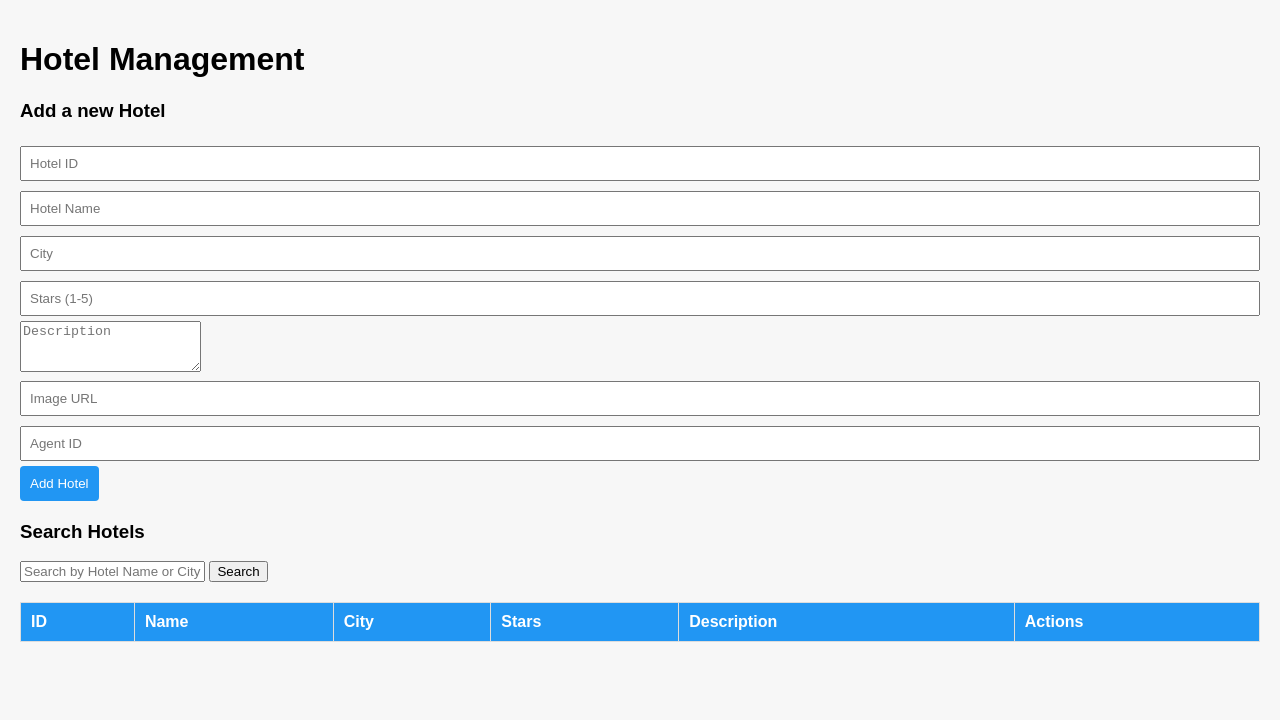
Repository: Trikisalem/examentp_jakarta
Page: http://localhost/hotel/admin/hotel.jsp
The author's editor kept a copy of each file at every save. The page is drawn from the files as they stood at one save, then again after the next save.
The browser window is 1280 px wide. The pictures show the whole page.
The page is served by Tomcat 10. Nobody is signed in. The application's start-up code is not run. Queries for data that is not in the repository find no rows.

Above is the page before, as saved 2024-12-17 10:14:07.

After the next save:
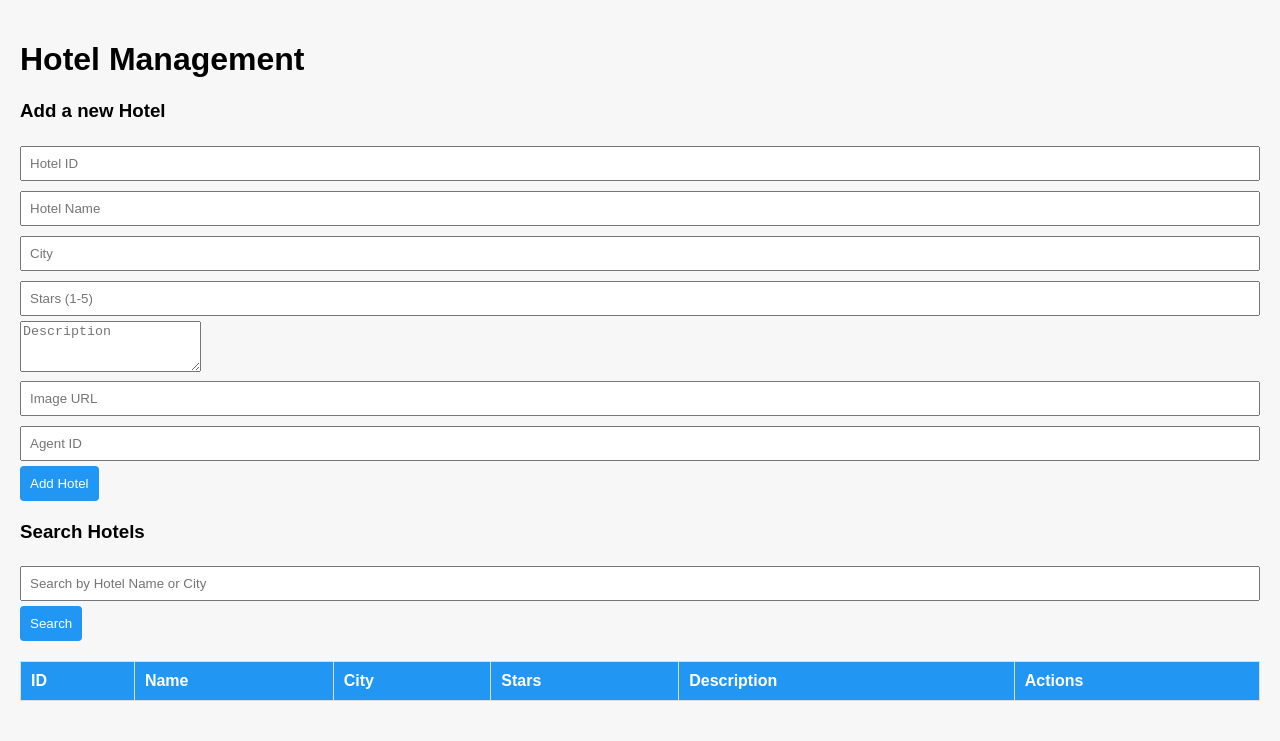
Saved 2 min 11 s later.
--- a/hotel/src/main/webapp/admin/hotel.jsp
+++ b/hotel/src/main/webapp/admin/hotel.jsp
@@ -88,7 +88,7 @@
 
 
 <!-- Barre de recherche -->
-<div class="search-container">
+<div class="form-container">
     <form method="get" action="hotel.jsp">
         <h3>Search Hotels</h3>
         <input type="text" name="searchName" placeholder="Search by Hotel Name or City" />
